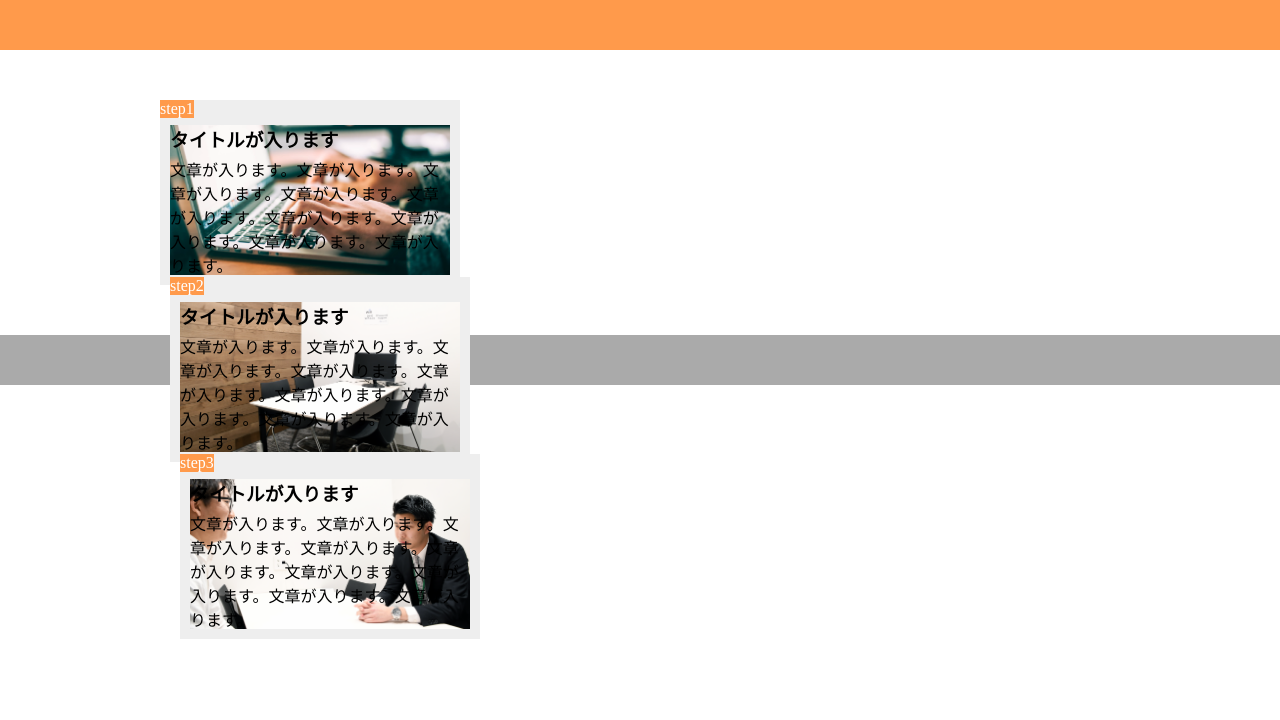
Repository: uchinokana/git-practiced
Page: 課題提出/sample.html
The author's editor kept a record of every edit. The page is drawn from the files as they stood at one moment, then again after the next edit.
The browser window is 1280 px wide. The pictures show the whole page.

Above is the page before.

After the next edit:
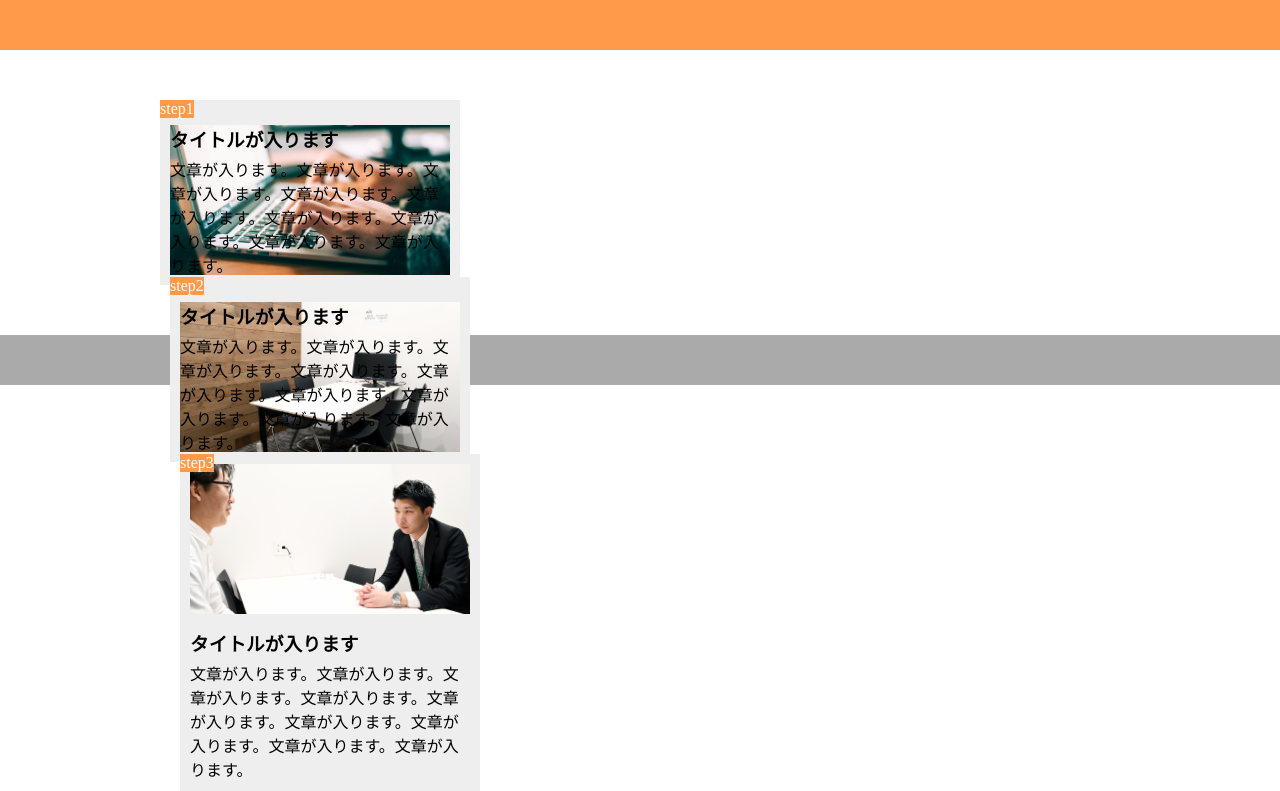
The edit:
--- a/課題提出/sample.html
+++ b/課題提出/sample.html
@@ -27,7 +27,7 @@
         </p>
       </div>
       <div class="step-box">
-        <div class="step-img3"><div/>
+        <div class="step-img3"></div>
         <span class="step-num">step3</span>
         <h3 class="title">タイトルが入ります</h3>
         <p>
